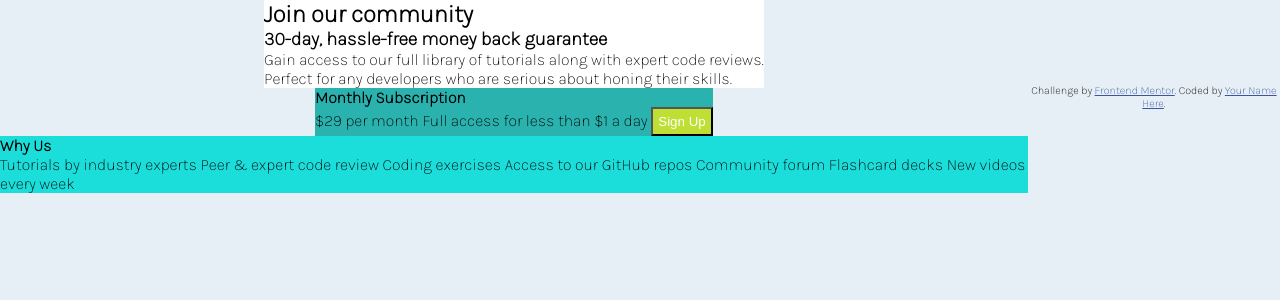
Repository: jminervino/PriceGridComponent
Page: index.html
An editor plug-in stored every save of this project. The page is shown before and after the next save, followed by the edit.
The browser window is 1280 px wide. The pictures show the whole page.

Above is the page before, as saved 2022-02-05 23:00:53.

After the next save:
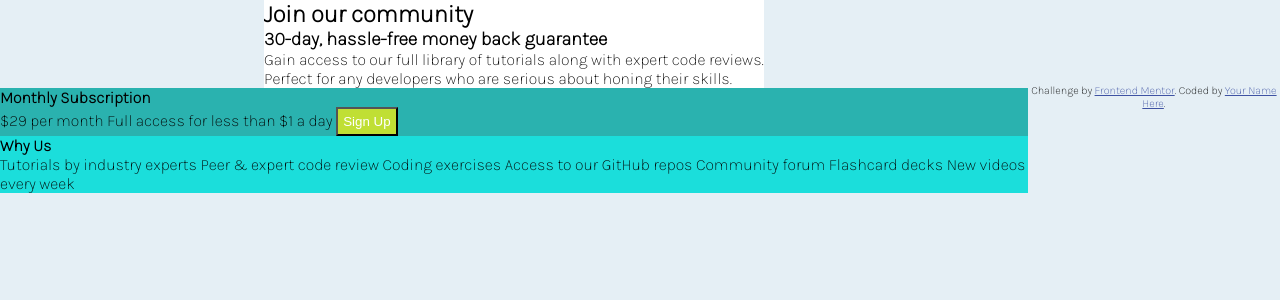
Saved 53 s later.
--- a/index.html
+++ b/index.html
@@ -27,27 +27,29 @@
                 Perfect for any developers who are serious about honing their skills.
             </p>
         </div>
-        <div class="box-second">
-            <h4>Monthly Subscription</h4>
+        <div>
+            <div class="box-second">
+                <h4>Monthly Subscription</h4>
 
-            &dollar;29 per month
+                &dollar;29 per month
 
-            Full access for less than &dollar;1 a day
+                Full access for less than &dollar;1 a day
 
-            <button>Sign Up</button>
-        </div>
-        <div class="box-three">
-            <h4>Why Us</h4>
-            <p>
-                Tutorials by industry experts
-                Peer &amp; expert code review
-                Coding exercises
-                Access to our GitHub repos
-                Community forum
-                Flashcard decks
-                New videos every week
-            </p>
+                <button>Sign Up</button>
+            </div>
+            <div class="box-three">
+                <h4>Why Us</h4>
+                <p>
+                    Tutorials by industry experts
+                    Peer &amp; expert code review
+                    Coding exercises
+                    Access to our GitHub repos
+                    Community forum
+                    Flashcard decks
+                    New videos every week
+                </p>
 
+            </div>
         </div>
     </div>
   <footer>
